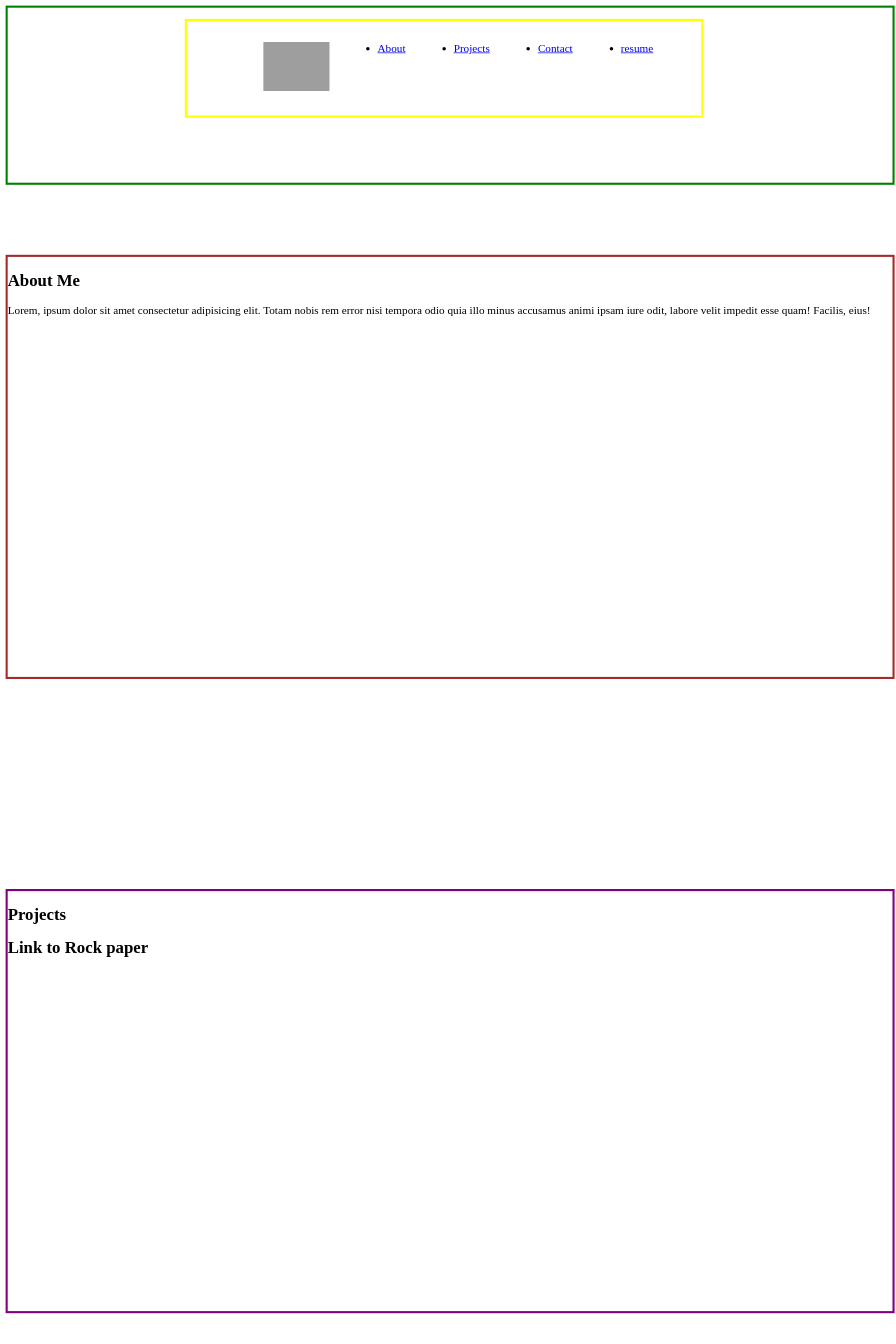
Repository: JohnDunst/projecttwo
Page: /
These files come from the project's save history. The page is drawn as it stood at one moment and after the next save; the edit follows.
The browser window is 1280 px wide. The pictures show the part of the page from y = 0 to 1920 px (the page is 2790 px tall), at 70% of full size.
Pictures or frames that could not be fetched are drawn as grey boxes. The project was rebuilt for these pictures with package versions that can differ from the ones it lists, and the page was loaded fresh each time. Imported but missing from the stored project, and not drawn on this page: src/assets/Dunst Resume.pdf.

Above is the page before, as saved 2023-08-03 23:25:07.

### src/App.js
import React from 'react';
import Header from './components/Header';
import About from './components/About';
import Projects from './components/Projects';
import Contact from './components/Contact';
import Resume from './components/Resume';
import './style.css'

const App = () => {
  return (
    <div className="app">
      <Header />
        <About />
        <Projects />
        <Resume />
        <Contact />
    </div>
  );
};

export default App;

### src/components/Header.jsx
import React from "react";
import CV from "../assets/Dunst Resume.pdf";
import Resume from "./Resume";

const Header = () => {




  const scrollToAbout = () => {
    const aboutSection = document.getElementById("about");
    if (aboutSection) {
      aboutSection.scrollIntoView({ behavior: "smooth" });
    }
  };



  const openResume = () => {
    window.open(CV, "Dunst Resume.pdf"); // Open the PDF in a new browser tab
  };





  return (
    <div>
      <div className="headerConatiner">
        <ul className="linkContainer">
          <a href="spicy" className="nav__logo">
            <img
              src="https://encrypted-tbn0.gstatic.com/images?q=tbn:ANd9GcQTsOxv6UAiGwL2tSXdFUM0rM63enIOaDz2eQ&usqp=CAU"
              alt="Nevergiveup"
            />
          </a>
          <li>
            <a href="#about" onClick={scrollToAbout}>
              About
            </a>
          </li>
          <li>
            <a href="#projects">Projects</a>
          </li>
          <li>
            <a href="#contact">Contact</a>
          </li>
          <li>
            <a href="#resume" onClick={openResume}>
              resume
            </a>
          </li>
        </ul>
      </div>
    </div>
  );
};
export default Header;

### src/components/About.jsx
import React from 'react';

const About = () => {
  return (
    <section id="about">
      <h2>About Me</h2>
      <p>
       Lorem, ipsum dolor sit amet consectetur adipisicing elit. Totam nobis rem error nisi tempora odio quia illo minus accusamus animi ipsam iure odit, labore velit impedit esse quam! Facilis, eius!
      </p>

    </section>
  );
};

export default About;

### src/components/Projects.jsx
import React from 'react';

const Projects = () => {
  return (
    <section id="projects">
      <h2>Projects</h2>
            <div>
                <h1> Link to Rock paper </h1>


            </div>
    </section>
  );
};

export default Projects;

### src/components/Contact.jsx
import React from 'react';

const Contact = () => {
  return (
    <section id="contact">
      <h2>Contact Me</h2>
              {/* Add Linkdin Github Email  */}
    </section>
  );
};

export default Contact;

### src/components/Resume.jsx
import React, { useRef } from "react";
import CV from "../assets/Dunst Resume.pdf";
import Header from "./Header";

const Resume = () => {
  const resumeLinkRef = useRef(null);

  const openResume = () => {
    window.open(CV, "Dunst Resume.pdf"); // Open the PDF in a new browser tab
  };
  React.useEffect =
    (() => {
      if (resumeLinkRef.current) {
        resumeLinkRef.current.addEventListener("click", openResume);
      }
      return () => {
        if (resumeLinkRef.current) {
          resumeLinkRef.current.removeEventListener("click", openResume);
        }
      };
    },
    []);
};

export default Resume;

### src/style.css
.headerConatiner{
    border: solid green;
    width:100%;
    height: 250px;
    display: flex;
    flex-direction: column;

}
.searchContainer{
    border: solid teal;
    width: 100%;
    height: 100px;
    display: flex;
    justify-content: space-evenly;
    flex-direction: row;
    margin-left: 0%;
}

.linkContainer{
border: solid yellow;
width: 55%;
height:105px;
display: flex;
justify-content: space-evenly;
margin-left: 20%;
padding-top: 30px;

}
#about{
    border: solid brown;
    height: 600px;
    width: 100%;
    margin-top: 100px;

}
#projects{
    border: solid purple;
    margin-top: 300px;

    height: 600px;
    width: 100%;
}
#contact{
    border: solid pink;
    margin-top: 300px;
    height: 600px;
    width: 100%;
}
.nav__logo img{
    height: 70px;
    width: 95px;
    margin-bottom: 100px;
}
img{
    max-width: 100%;
    margin-bottom: 100px;
}

Loaded but not shown: public/index.html (common file); src/index.js (common file)

After the next save:
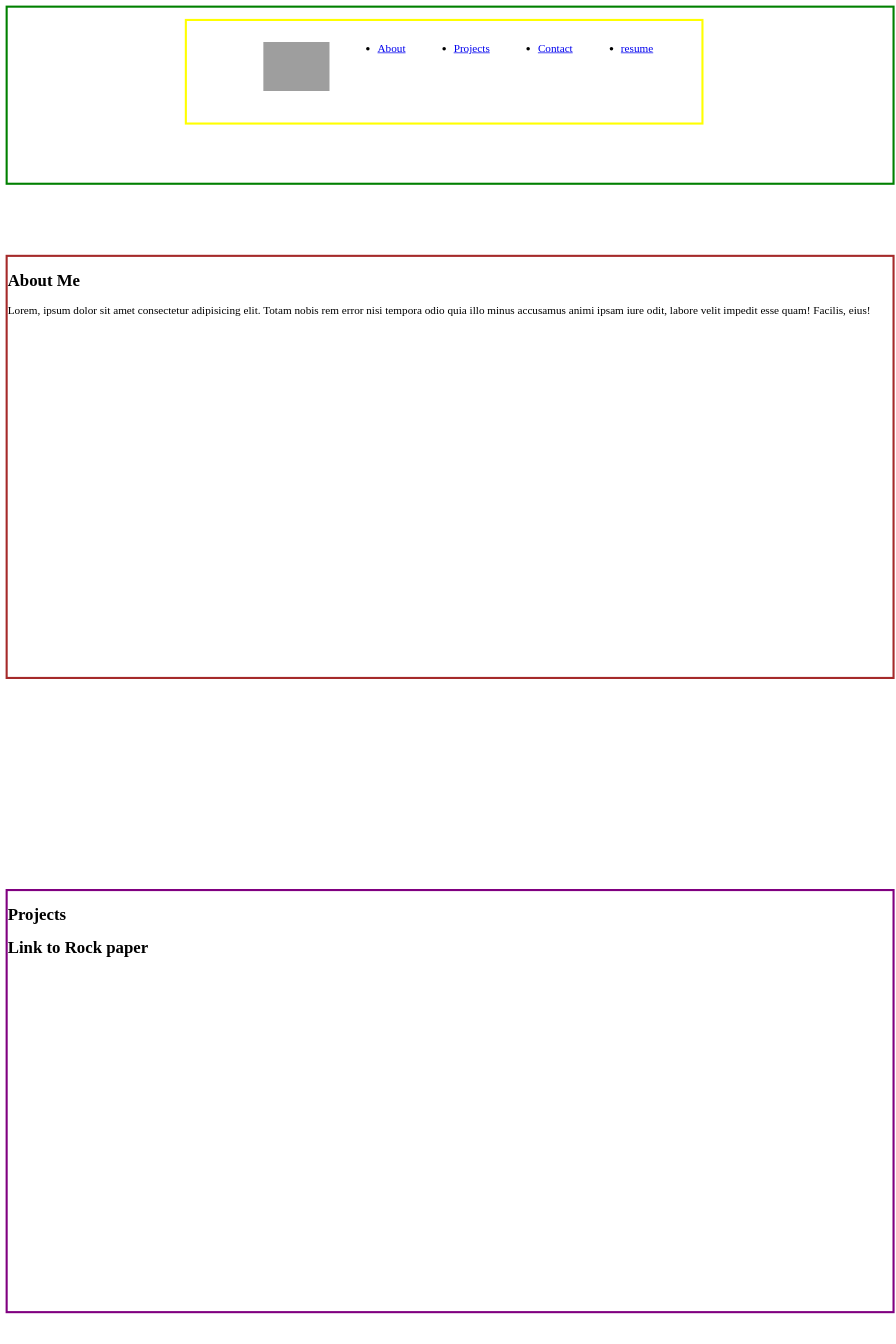
Saved 13 s later.
--- a/src/style.css
+++ b/src/style.css
@@ -19,7 +19,7 @@
 .linkContainer{
 border: solid yellow;
 width: 55%;
-height:105px;
+height:115px;
 display: flex;
 justify-content: space-evenly;
 margin-left: 20%;
